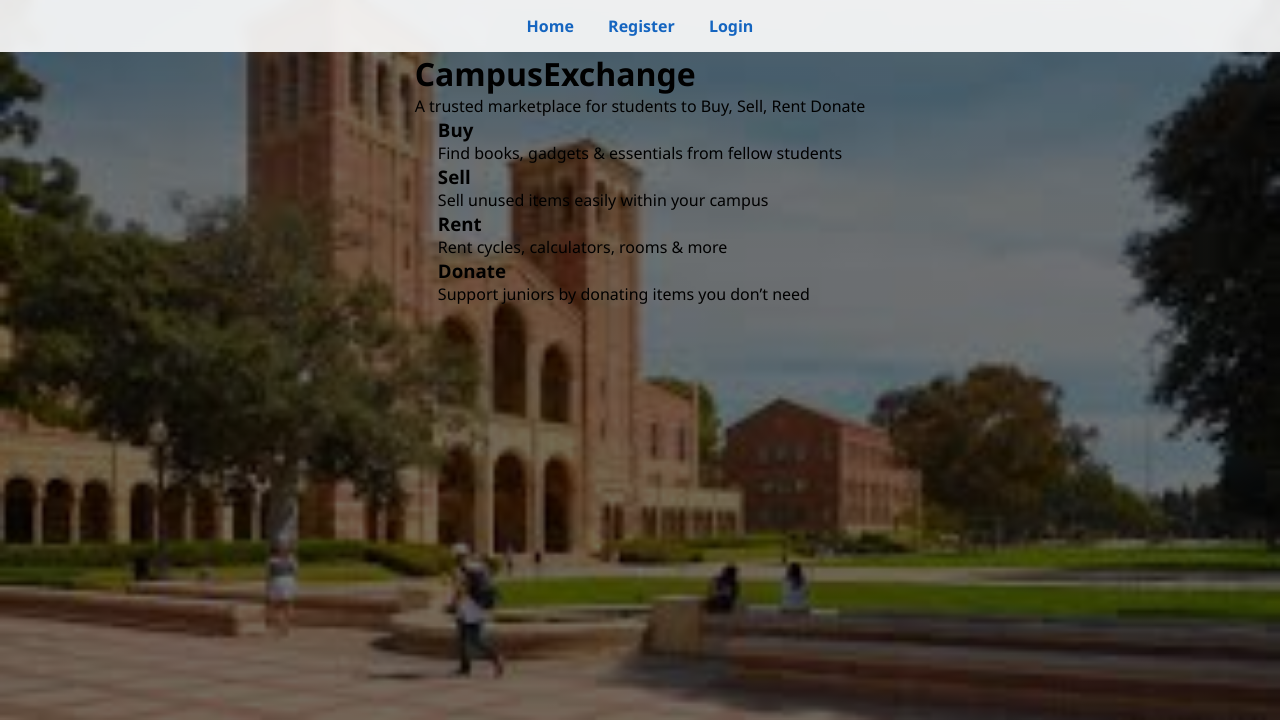
Repository: Sanjaya1822/Campus-Exchange
Page: http://localhost/CampusExchange/
An editor plug-in stored every save of this project. The page is shown before and after the next save, followed by the edit.
The browser window is 1280 px wide. The pictures show the whole page.
The page is served by Tomcat 9.

Above is the page before, as saved 2026-02-01 04:49:36.

After the next save:
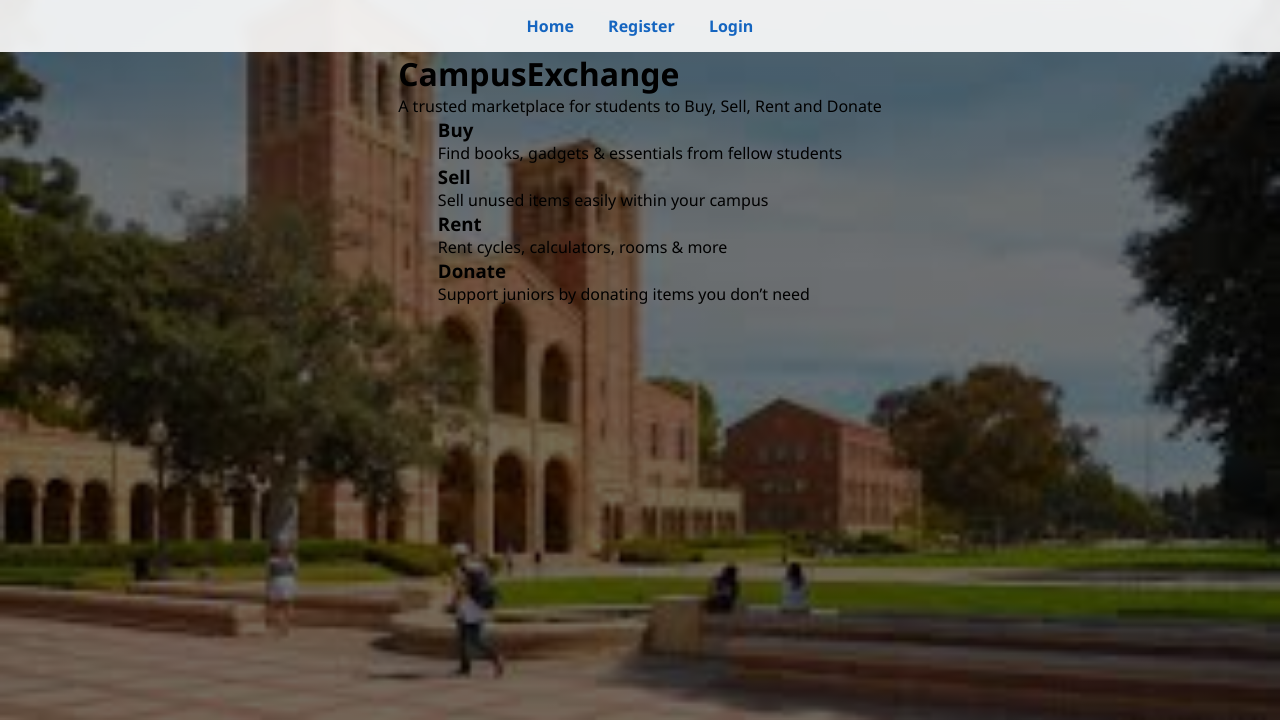
Saved 4 s later.
--- a/CampusExchange/src/main/webapp/index.jsp
+++ b/CampusExchange/src/main/webapp/index.jsp
@@ -18,7 +18,7 @@
 <!-- HERO SECTION -->
 <div class="hero">
     <h1>CampusExchange</h1>
-    <p>A trusted marketplace for students to Buy, Sell, Rent  Donate</p>
+    <p>A trusted marketplace for students to Buy, Sell, Rent and  Donate</p>
 </div>
 
 <!-- FEATURES -->
